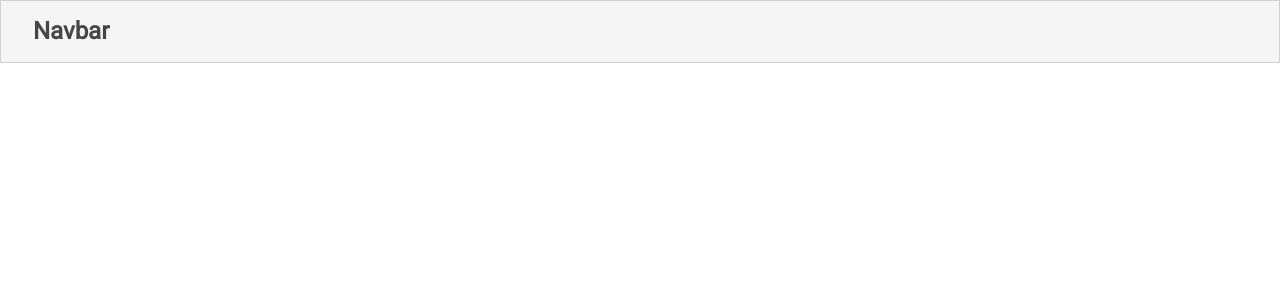
Repository: yurimnim/react-stutdy
Page: / (app in github_finder/)
The author's editor kept a copy of each file at every save. The page is drawn from the files as they stood at one save, then again after the next save.
The browser window is 1280 px wide. The pictures show the whole page.
The project was rebuilt for these pictures with package versions that can differ from the ones it lists, and the page was loaded fresh each time.

Above is the page before, as saved 2021-02-21 11:26:57.

### github_finder/public/index.html
<!DOCTYPE html>
<html lang="en">
  <head>
    <meta charset="utf-8" />
    <link rel="icon" href="%PUBLIC_URL%/favicon.ico" />
    <meta name="viewport" content="width=device-width, initial-scale=1" />
    <meta name="theme-color" content="#000000" />
    <meta
      name="description"
      content="Web site created using create-react-app"
    />
    <link rel="apple-touch-icon" href="%PUBLIC_URL%/logo192.png" />

    <link rel="manifest" href="%PUBLIC_URL%/manifest.json" />

    <title>Github Finder</title>
  </head>
  <body>
    <noscript>You need to enable JavaScript to run this app.</noscript>
    <div id="root"></div>
  </body>
</html>

### github_finder/src/index.js
import React from 'react';
import ReactDOM from 'react-dom';
import App from './App';

ReactDOM.render(
  <React.StrictMode>
    <App />
  </React.StrictMode>,
  document.getElementById('root')
);

// If you want to start measuring performance in your app, pass a function
// to log results (for example: reportWebVitals(console.log))
// or send to an analytics endpoint. Learn more: https://bit.ly/CRA-vitals
//reportWebVitals();

### github_finder/src/App.js
import React, { Fragment, Component } from 'react';
import Navbar from './components/layout/Navbar';
import './App.css';

class App extends React.Component {
  render() {
    return (
      <div className='App'>
        <Navbar />
      </div>
    );
  }
}

export default App;

### github_finder/src/components/layout/Navbar.js
import React, { Component } from 'react';

export class Navbar extends Component {
  render() {
    return (
      <nav className='navbar bg-light'>
        <h1>Navbar</h1>
      </nav>
    );
  }
}

export default Navbar;

Loaded but not shown: github_finder/src/App.css (common file)

After the next save:
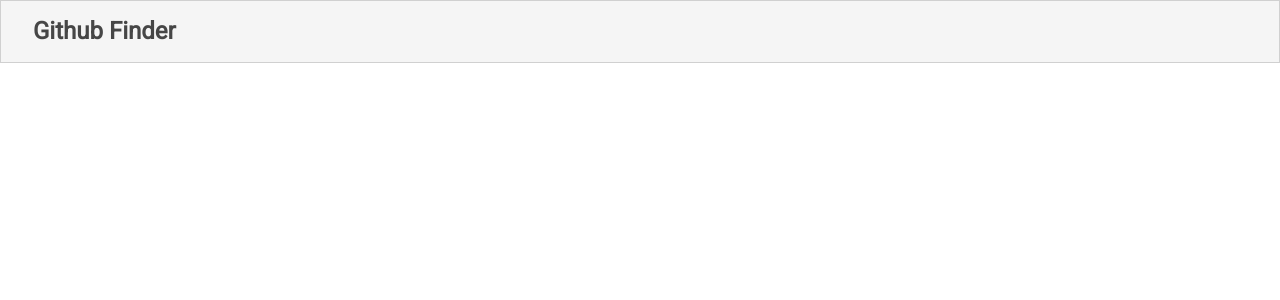
Saved 13 s later.
--- a/github_finder/src/components/layout/Navbar.js
+++ b/github_finder/src/components/layout/Navbar.js
@@ -4,7 +4,7 @@ export class Navbar extends Component {
   render() {
     return (
       <nav className='navbar bg-light'>
-        <h1>Navbar</h1>
+        <h1>Github Finder</h1>
       </nav>
     );
   }
